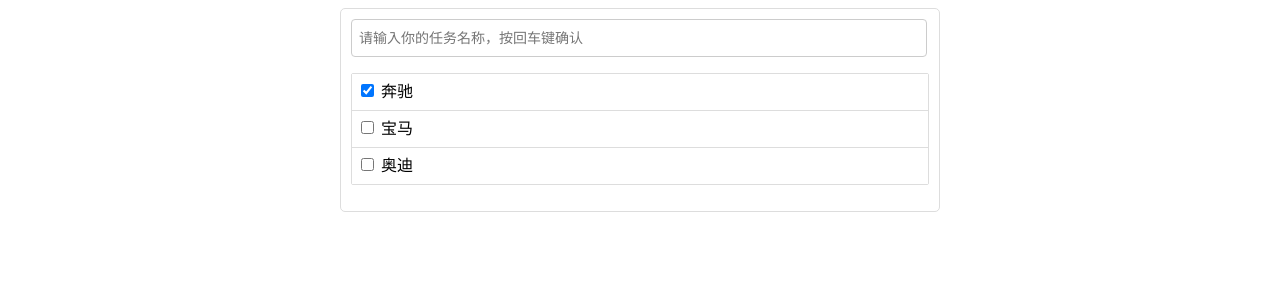
Repository: zhuhongxiang/Vue3.0-TSLeaning
Page: / (app in 04_Vue3/vue3_learning/)
These files come from the project's save history. The page is drawn as it stood at one moment and after the next save; the edit follows.
The browser window is 1280 px wide. The pictures show the whole page.
The project was rebuilt for these pictures with package versions that can differ from the ones it lists, and the page was loaded fresh each time.

Above is the page before, as saved 2021-07-28 11:24:37.

### 04_Vue3/vue3_learning/public/index.html
<!DOCTYPE html>
<html lang="">
  <head>
    <meta charset="utf-8">
    <meta http-equiv="X-UA-Compatible" content="IE=edge">
    <meta name="viewport" content="width=device-width,initial-scale=1.0">
    <link rel="icon" href="<%= BASE_URL %>favicon.ico">
    <title><%= htmlWebpackPlugin.options.title %></title>
    <link rel="stylesheet" href="./css/base.css">
  </head>
  <body>
    <noscript>
      <strong>We're sorry but <%= htmlWebpackPlugin.options.title %> doesn't work properly without JavaScript enabled. Please enable it to continue.</strong>
    </noscript>
    <div id="app"></div>
    <!-- built files will be auto injected -->
  </body>
</html>

### 04_Vue3/vue3_learning/src/main.ts
// 程序的主入口文件，ts文件，是main.ts
// 引入createApp函数，创建对应的应用产生应用的实例对象
import { createApp } from 'vue'
// 引入App组件（所有组件的父级组件）
import App from './App.vue'
// 创建App应用返回对应的实例对象，调用mount方法进行挂载
createApp(App).mount('#app')

### 04_Vue3/vue3_learning/src/App.vue
<template>
  <div class="todo-container">
    <div class="todo-wrap">
      <Header :addTodo="addTodo" />
      <List :todos="todos" :delTodo="delTodo" :updateTodo="updateTodo" />
      <Footer
        :todos="todos"
        :checkAll="checkAll"
        :clear="clearAllCompletedTodos"
      />
    </div>
  </div>
</template>

<script lang='ts'>
import { defineComponent, reactive, toRefs } from "vue";
import Header from "./components/Header.vue";
import List from "./components/List.vue";
import Footer from "./components/Footer.vue";
import { Todo } from "./types/todo";
export default defineComponent({
  name: "App",
  props: {},
  components: { Header, List, Footer },
  // 数据应该用数组来存储，数组中的每个数据都是一个对象，对象中有三个属性(id,title,isCompleted)
  // 把数组暂且定义在App.vue父级组件
  setup() {
    // 定义一个数组数据
    const state = reactive<{ todos: Todo[] }>({
      todos: [
        { id: 1, title: "奔驰", isCompleted: true },
        { id: 2, title: "宝马", isCompleted: false },
        { id: 3, title: "奥迪", isCompleted: false },
      ],
    });
    // 添加数据的方法
    const addTodo = (todo: Todo) => {
      state.todos.unshift(todo);
    };
    return {
      ...toRefs(state),
      addTodo,
    };
  },
});
</script>

<style scoped>
.todo-container {
  width: 600px;
  margin: 0 auto;
}
.todo-container .todo-wrap {
  padding: 10px;
  border: 1px solid #ddd;
  border-radius: 5px;
}
</style>

### 04_Vue3/vue3_learning/src/components/Header.vue
<template>
  <div class="todo-header">
    <input
      type="text"
      placeholder="请输入你的任务名称，按回车键确认"
      @keydown.enter="add"
      v-model="title"
    />
  </div>
</template>

<script lang='ts'>
import { defineComponent, reactive, ref } from "vue";
export default defineComponent({
  name: "Header",
  props: {
    addTodo: {
      type: Function,
      required: true,
    },
  },
  components: {},
  setup(props) {
    // 定义一个ref类型的数据
    const title = ref("");
    // 回车的时间回调函数，用来添加数据
    const add = () => {
      // 获取文本框中输入的数据，判断不为空
      const text = title.value;
      if (!text.trim()) return;
      // 此时有数据，创建一个Todo对象
      const todo = {
        id: Date.now(),
        title: text,
        isCompleted: false,
      };
      // 调用addTodo方法
      props.addTodo(todo);
      // 清空文本框
      title.value = "";
    };
    return {
      title,
      add,
    };
  },
});
</script>

<style scoped>
.todo-header input {
  width: 560px;
  height: 28px;
  font-size: 14px;
  border: 1px solid #ccc;
  border-radius: 4px;
  padding: 4px 7px;
}
.todo-header input:focus {
  outline: none;
  border-color: rgba(82, 168, 236, 0.8);
  box-shadow: inset 0 1px 1px rgba(0, 0, 0, 0.075),
    0 0 8px rgba(82, 168, 236, 0.6);
}
</style>

### 04_Vue3/vue3_learning/src/components/List.vue
<template>
  <ul class="todo-main">
    <Item v-for="(todo, index) in todos" :key="todo.id" :todo="todo" />
  </ul>
</template>

<script lang='ts'>
import { defineComponent } from "vue";
import Item from "./Item.vue";
export default defineComponent({
  name: "List",
  props: ["todos"],
  components: { Item },
  setup() {
    return {};
  },
});
</script>

<style scoped>
.todo-main {
  margin-left: 0;
  border: 1px solid #ddd;
  border-radius: 2px;
  padding: 0;
}
.todo-empty {
  height: 40px;
  line-height: 20px;
  border: 1px solid #ddd;
  border-radius: 2px;
  padding-left: 5px;
  margin-top: 10px;
}
</style>

### 04_Vue3/vue3_learning/src/components/Footer.vue
<template>
  <div></div>
</template>

<script lang='ts'>
import { defineComponent, reactive } from "vue";
export default defineComponent({
  name: "Footer",
  props: {},
  components: {},
  setup() {
    return {};
  },
});
</script>

<style scoped>
.todo-footer {
  height: 40px;
  line-height: 40px;
  padding-left: 6px;
  margin-top: 5px;
}
.todo-footer label {
  display: inline-block;
  margin-right: 20px;
  cursor: pointer;
}
.todo-footer label input {
  position: relative;
  top: -1px;
  vertical-align: middle;
  margin-right: 5px;
}
.todo-footer button {
  float: right;
  margin-top: 5px;
}
</style>

### 04_Vue3/vue3_learning/src/components/Item.vue
<template>
  <li
    @mouseenter="mouseHandler(true)"
    @mouseleave="mouseHandler(false)"
    :style="{ backgroundColor: bgColor, color: myColor }"
  >
    <label>
      <input type="checkbox" v-model="todo.isCompleted" />
      <span>&nbsp;{{ todo.title }}</span>
    </label>
    <button class="btn btn-danger" v-if="isShow" @click="del">删除</button>
  </li>
</template>

<script lang='ts'>
import { defineComponent, reactive, ref } from "vue";
import { Todo } from "../types/todo";
export default defineComponent({
  name: "Item",
  props: {
    todo: Object as () => Todo, //函数返回的是Todo类型
  },
  components: {},
  setup() {
    // 背景色
    const bgColor = ref("white");
    // 前景色
    const myColor = ref("black");
    // 设置按钮默认不显示
    const isShow = ref(false);
    // 鼠标进入和离开事件的回调函数
    const mouseHandler = (flag: boolean) => {
      if (flag) {
        bgColor.value = "pink";
        myColor.value = "green";
        isShow.value = true;
      } else {
        bgColor.value = "pink";
        myColor.value = "black";
        isShow.value = false;
      }
    };
    const del = () => {
      console.log("删除");
    };
    return {
      mouseHandler,
      bgColor,
      myColor,
      isShow,
      del,
    };
  },
});
</script>

<style scoped>
li {
  list-style: none;
  height: 36px;
  line-height: 36px;
  padding: 0 5px;
  border-bottom: 1px solid #ddd;
}
li label {
  float: left;
  cursor: pointer;
}
li label li input {
  vertical-align: middle;
  margin-right: 6px;
  position: relative;
  top: -1px;
}
li button {
  float: right;
  margin-top: 3px;
}
li::before {
  content: initial;
}
li:last-child {
  border-bottom: none;
}
</style>

### 04_Vue3/vue3_learning/public/css/base.css
body {
  background: #fff;
}

.btn {
  display: inline-block;
  padding: 4px,12px;
  margin-bottom: 0;
  font-size: 14px;
  line-height: 20px;
  text-align: center;
  vertical-align: middle;
  cursor: pointer;
  box-shadow: inset 0 1px 0 rgba(255, 255, 255, 0.2), 0 1px 2px rgba(0, 0, 0 , 0.05) ;
  border-radius: 4px;
}

.btn-danger {
  color: #fff;
  background-color: #da4f49;
  border: 1px solid #bd362f;
}

.btn-danger:hover {
  color: #fff;
  background-color: #bd362f;
}

.btn:focus {
  outline: none;
}

After the next save:
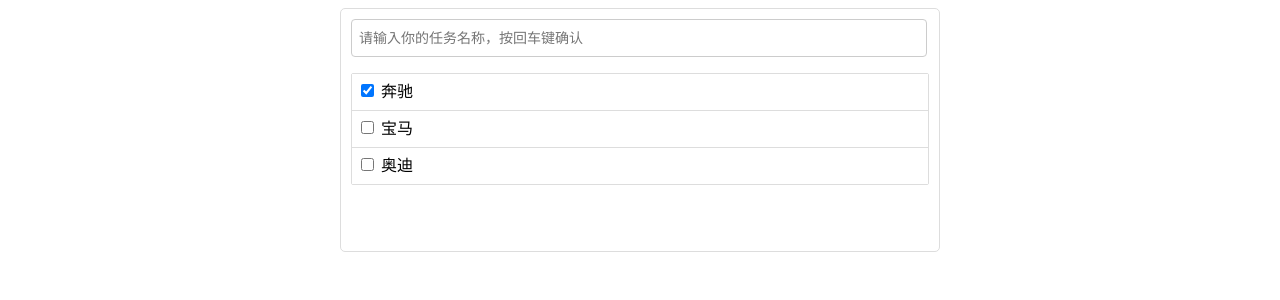
Saved 79 s later.
--- a/04_Vue3/vue3_learning/src/components/Footer.vue
+++ b/04_Vue3/vue3_learning/src/components/Footer.vue
@@ -1,5 +1,13 @@
 <template>
-  <div></div>
+  <div class="todo-footer">
+    <!-- <label>
+      <input type="checkbox" v-model="isCheckAll"/>
+    </label>
+    <span>
+      <span>已完成{{count}}</span> / 全部{{todos.length}}
+    </span>
+    <button class="btn btn-danger" @click="delAll">清除已完成的任务</button> -->
+  </div>
 </template>
 
 <script lang='ts'>
